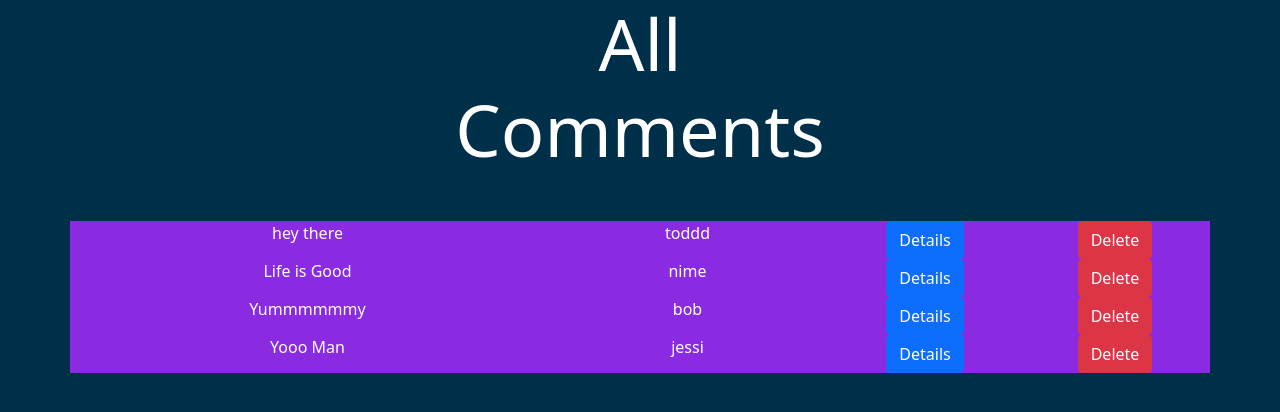
Repository: uditjain100/JavaScript-for-Web
Page: http://localhost/comments
An editor plug-in stored every save of this project. The page is shown before and after the next save, followed by the edit.
The browser window is 1280 px wide. The pictures show the whole page.
The page is served by the project's Node server (17.REST/index.js).

Above is the page before, as saved 2021-01-29 17:32:56.

After the next save:
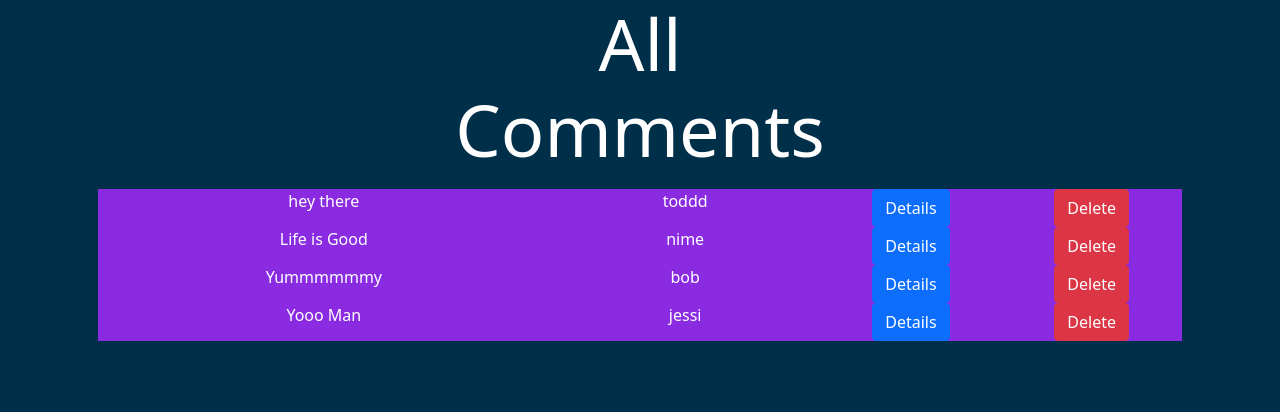
Saved 42 s later.
--- a/17.REST/views/home.ejs
+++ b/17.REST/views/home.ejs
@@ -17,7 +17,7 @@
         All Comments
       </h2>
       <div
-        class="row mt-5"
+        class="row m-3"
         style="text-align: center; background-color: blueviolet"
         ;
       >
